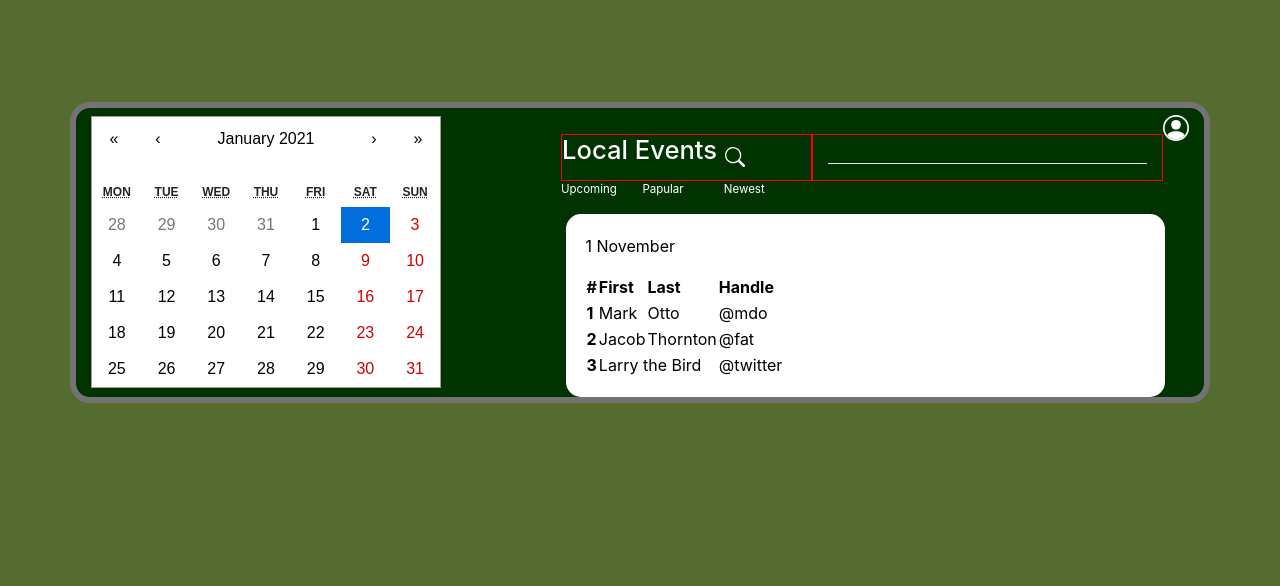
Repository: lalji-yadav/Calendar-code
Page: /
An editor plug-in stored every save of this project. The page is shown before and after the next save, followed by the edit.
The browser window is 1280 px wide. The pictures show the whole page.
The project was rebuilt for these pictures with package versions that can differ from the ones it lists, and the page was loaded fresh each time. Also part of the build but not shown: src/App.css.

Above is the page before, as saved 2021-01-04 10:44:32.

### src/App.js
import logo from './logo.svg';
import './App.css';
import MyApp from './calendar/calendar'
import Home from "./calendar/Home";

function App() {
  return (
    <div>
      <header>

        <Home />

      </header>
    </div>
  );
}

export default App;

### src/calendar/calendar.js
import React, { useState } from 'react';
import 'react-calendar/dist/Calendar.css';
import Calendar from 'react-calendar';

function MyApp() {
  const [value, onChange] = useState(new Date());

  return (
    <div>
      <Calendar
        onChange={onChange}
        value={value}
      />
    </div>
  );
}

export default MyApp;

### src/calendar/Home.js
import React from 'react';
import "./Home.css";
import MyApp from "./calendar";

function Home() {

  return (
    <div className="main">
      <div className='container'>
        <div className="row">
          <div className="col-sm-5 calendar">
             <MyApp />
          </div>
          <div className="col-sm-7">

            <div style={{float:"right", paddingTop:"1%"}}>
            <svg xmlns="http://www.w3.org/2000/svg" width="26" height="26" fill="white" class="bi bi-person-circle" viewBox="0 0 16 16">
            <path d="M13.468 12.37C12.758 11.226 11.195 10 8 10s-4.757 1.225-5.468 2.37A6.987 6.987 0 0 0 8 15a6.987 6.987 0 0 0 5.468-2.63z"/>
             <path fill-rule="evenodd" d="M8 9a3 3 0 1 0 0-6 3 3 0 0 0 0 6z"/>
             <path fill-rule="evenodd" d="M8 1a7 7 0 1 0 0 14A7 7 0 0 0 8 1zM0 8a8 8 0 1 1 16 0A8 8 0 0 1 0 8z"/>
            </svg>
            </div>

            <div className="row" style={{paddingTop:"4%"}}>
               <div className="col-sm-5" style={{border:"1px solid red"}}>
                 <div className="row">
                 <h1 style={{color:"white", fontSize:"2vw"}}>Local Events </h1>
               <svg  style={{margin:"5% 0% 0% 3%"}} xmlns="http://www.w3.org/2000/svg" width="20" height="20" fill="white" class="bi bi-search" viewBox="0 0 16 16">
               <path d="M11.742 10.344a6.5 6.5 0 1 0-1.397 1.398h-.001c.03.04.062.078.098.115l3.85 3.85a1 1 0 0 0 1.415-1.414l-3.85-3.85a1.007 1.007 0 0 0-.115-.1zM12 6.5a5.5 5.5 0 1 1-11 0 5.5 5.5 0 0 1 11 0z"/>
               </svg>
                 </div>
               </div>
               <div className="col-sm-7" style={{border:"1px solid red", paddingTop:"3%"}}>
               <hr style={{marginTop:"10px"}} />

               </div>

            </div>

            <div className="row">
          <div className="col-sm-5 row" style={{color:"white", fontSize:"0.9vw"}}>
            <div className="col-sm-4">
             <p>Upcoming</p>
            </div>
            <div className="col-sm-4">
              <p>Papular</p>
            </div>
            <div className="col-sm-4">
              <p>Newest</p>
            </div>

             {/* Carosal design  */}
          </div>

          <div className="tablebox">

            <p> 1 November </p>
                <table>
                    <thead>
                      <tr>
                        <th scope="col">#</th>
                        <th scope="col">First</th>
                        <th scope="col">Last</th>
                        <th scope="col">Handle</th>
                      </tr>
                    </thead>
                    <tbody>
                      <tr>
                        <th scope="row">1</th>
                        <td>Mark</td>
                        <td>Otto</td>
                        <td>@mdo</td>
                      </tr>
                      <tr>
                        <th scope="row">2</th>
                        <td>Jacob</td>
                        <td>Thornton</td>
                        <td>@fat</td>
                      </tr>
                      <tr>
                        <th scope="row">3</th>
                        <td colspan="2">Larry the Bird</td>
                        <td>@twitter</td>
                      </tr>
                    </tbody>
                  </table>
             </div>

        </div>

          </div>

        </div>

      </div>

    </div>
  );
}
export default Home;

### src/calendar/Home.css
.main {
    width: 100%;
    height: 100%;
    position: absolute;
    /* padding: 10% 5% 10% 5%; */
    background-color: darkolivegreen;
}
.container {
    width: 80%;
    /* height: 70%; */
    margin: 8% 10% 8% 10%;
    background-color: #003300;
    border: 6px solid #737373;
    border-radius: 20px;
}
.calendar {
    /* border: 2px solid red; */
    margin-top: 8px;
}
hr {
    color: white;
    width: 100%;
    margin-top: 5em;
    background-color: white;
}
.tablebox {
    margin: 0% 0% 0% 3%;
    padding: 3%;
    width: 91%;
    border-radius: 15px;
    color: black;
    background-color: white;
}

Loaded but not shown: public/index.html (common file); src/index.js (common file); src/index.css (common file); src/reportWebVitals.js (common file)

After the next save:
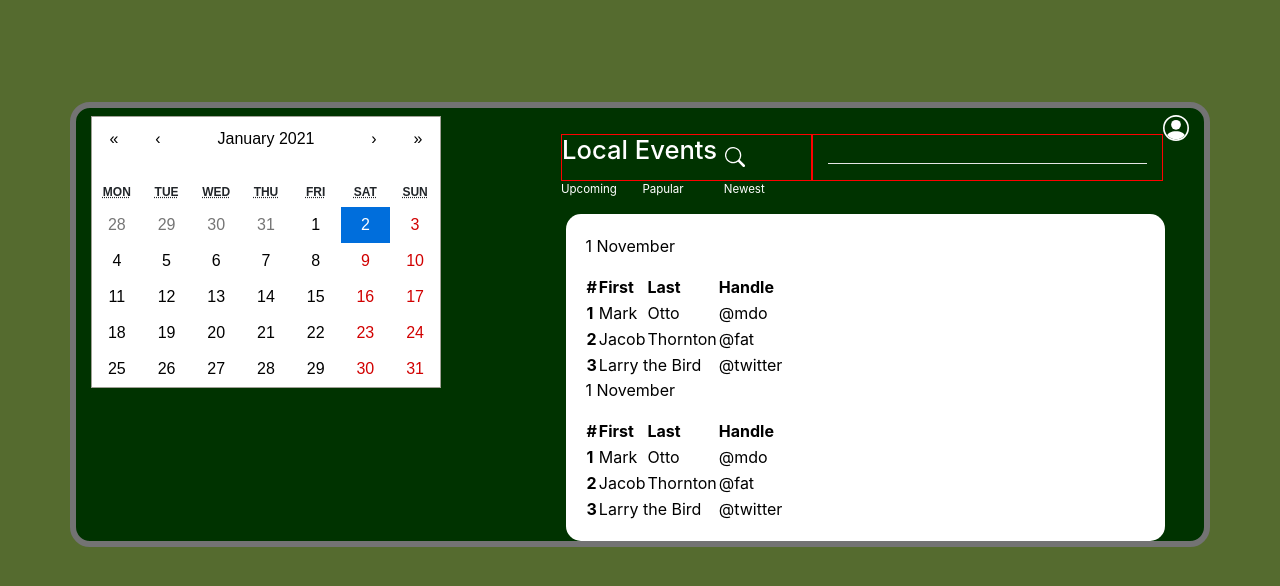
Saved 20 s later.
--- a/src/calendar/Home.js
+++ b/src/calendar/Home.js
@@ -84,6 +84,37 @@ function Home() {
                       </tr>
                     </tbody>
                   </table>
+
+                  <p> 1 November </p>
+                <table>
+                    <thead>
+                      <tr>
+                        <th scope="col">#</th>
+                        <th scope="col">First</th>
+                        <th scope="col">Last</th>
+                        <th scope="col">Handle</th>
+                      </tr>
+                    </thead>
+                    <tbody>
+                      <tr>
+                        <th scope="row">1</th>
+                        <td>Mark</td>
+                        <td>Otto</td>
+                        <td>@mdo</td>
+                      </tr>
+                      <tr>
+                        <th scope="row">2</th>
+                        <td>Jacob</td>
+                        <td>Thornton</td>
+                        <td>@fat</td>
+                      </tr>
+                      <tr>
+                        <th scope="row">3</th>
+                        <td colspan="2">Larry the Bird</td>
+                        <td>@twitter</td>
+                      </tr>
+                    </tbody>
+                  </table>
              </div>
 
         </div>
